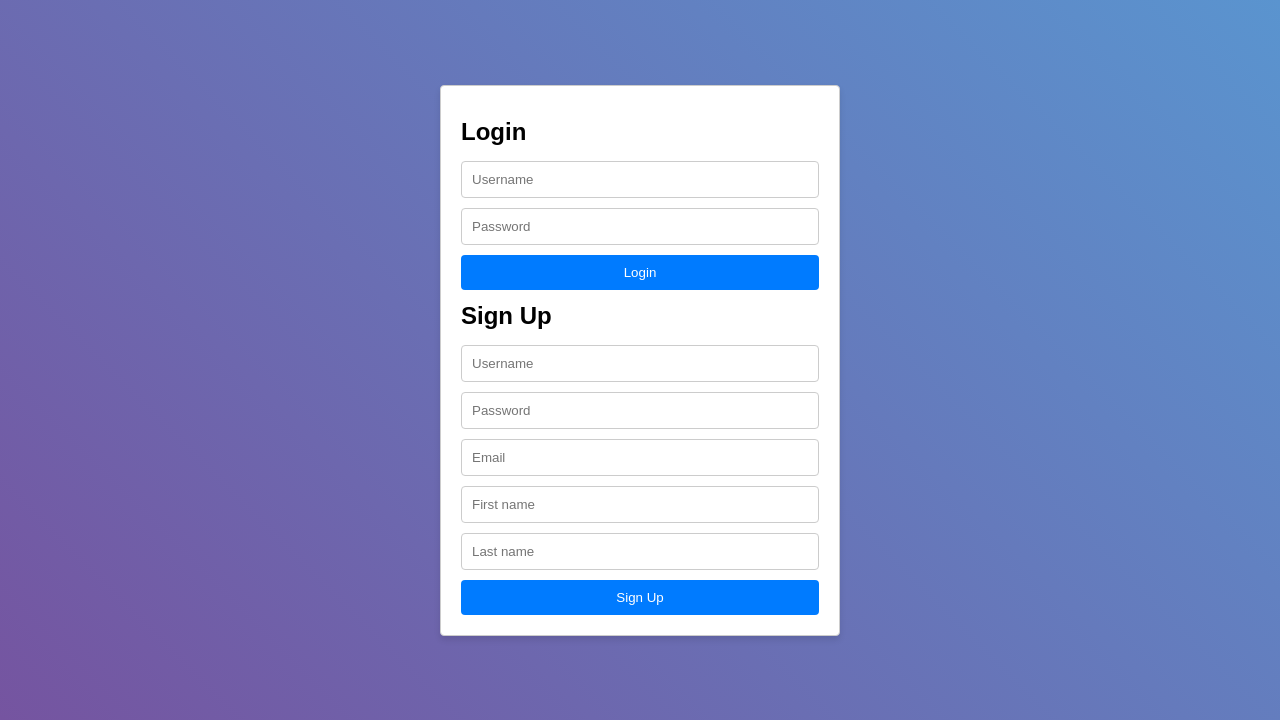
Repository: elqueben/message
Page: / (app in message-app/)
An editor plug-in stored every save of this project. The page is shown before and after a run of saves, followed by the edit.
The browser window is 1280 px wide. The pictures show the whole page.
The project was rebuilt for these pictures with package versions that can differ from the ones it lists, and the page was loaded fresh each time. Also part of the build but not shown: message-app/vite.config.js.

Above is the page before, as saved 2023-05-08 15:41:33.

After the next 2 saves:
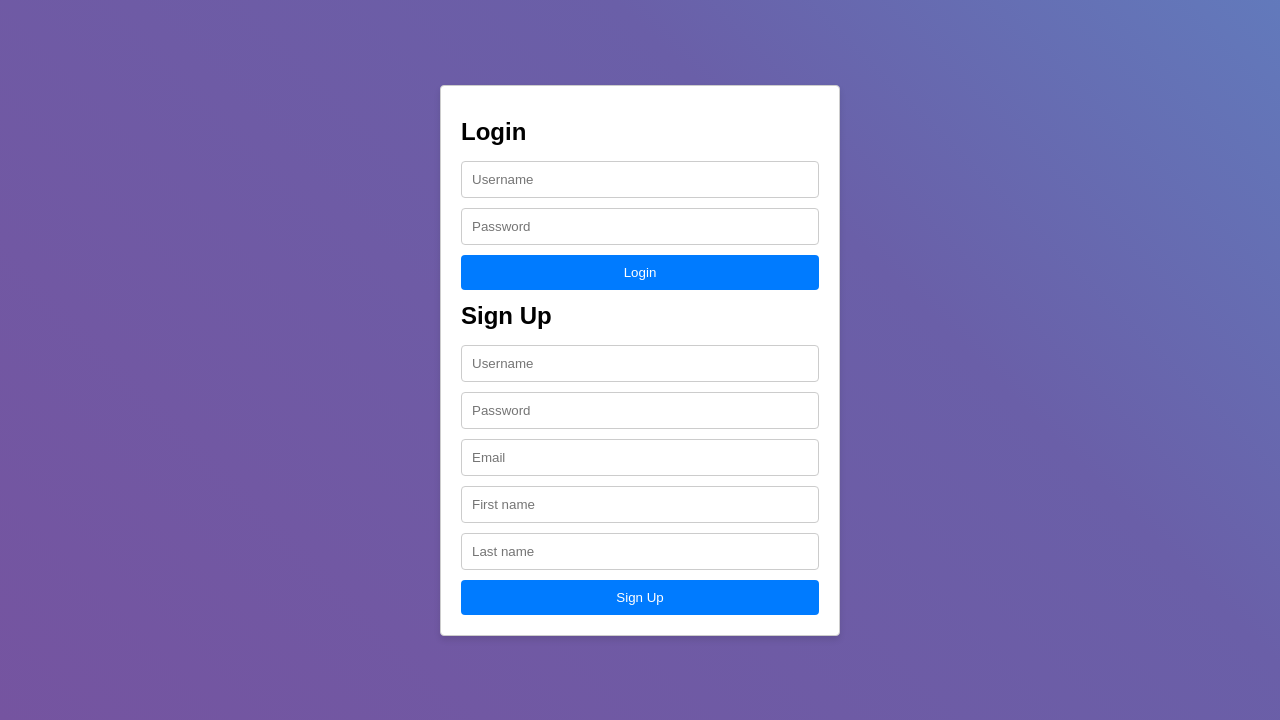
The 2 saves are shown as one change because they came seconds apart.
The last was saved 8 min 19 s later.
--- a/message-app/src/style.css
+++ b/message-app/src/style.css
@@ -16,6 +16,7 @@ body {
   background: linear-gradient(
     45deg,
     rgba(117, 84, 160, 1),
+    rgba(106, 95, 168, 1),
     rgba(90, 148, 207, 1),
     rgba(44, 148, 207, 1)
   );
